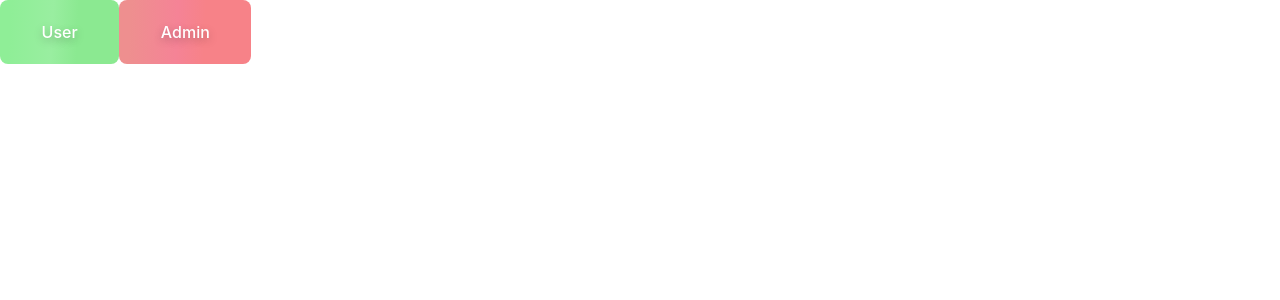
Repository: User826/Recipe
Page: / (app in recipe_project/)
The author's editor kept a copy of each file at every save. The page is drawn from the files as they stood at one save, then again after a run of saves.
The browser window is 1280 px wide. The pictures show the whole page.
The project was rebuilt for these pictures with package versions that can differ from the ones it lists, and the page was loaded fresh each time. The framework's server and built-in components were replaced by stand-ins that run in the browser. Also part of the build but not shown: recipe_project/next.config.js, recipe_project/pages/users.module.css, recipe_project/components/users.js, recipe_project/pages/index.module.css, recipe_project/components/popup.js.

Above is the page before, as saved 2023-06-01 05:27:22.

### recipe_project/pages/index.js
import { useState } from "react";
import {UserButton, AdminButton} from "../components/websitebuttons"
import Post from "../components/users"
import styles from '../pages/index.module.css'
import {PopupTrigger,Backdrop, Popup} from "../components/popup";


export default function Useradmin() {
    const [isLoggedIn, setIsLoggedIn] = useState("");
    const [showPopup, setShowPopup] = useState(false);

    function handleLoginClick() {
        //this.setState({isLoggedIn: true});
        setIsLoggedIn("user")
      };

    function handleLogoutClick() {
        //this.setState({isLoggedIn: false});
        setIsLoggedIn("admin")
      }
    const handleParentClick = () => {
      setShowPopup(false);
    };


    const isLoggedInVariable = isLoggedIn;
    let button;

    // if (isLoggedInVariable) {
    //     button = <LogoutButton onClick={handleLogoutClick} />;
    // } else {
    //     button = <LoginButton onClick={handleLoginClick} />;
    // }

    console.log(isLoggedInVariable)

    if (isLoggedInVariable == ""){
        return <div>
        {/* <Post></Post> */}
        <UserButton onClick ={handleLoginClick} />
        <AdminButton onClick = {handleLogoutClick}/>

    </div>
    }
    else if (isLoggedInVariable == "user"){
        return <div onClick = {handleParentClick}>
                    <p>You are a user!</p>
                    <p>Or are you an admin? <AdminButton onClick = {handleLogoutClick}> </AdminButton></p>
                    <Post name="Username"></Post>
                    <PopupTrigger></PopupTrigger>
                </div>

                // <UserButton onClick = {handleLoginCLick}> </UserButton>

    }
    else if (isLoggedInVariable == "admin"){
        return  <div>
                    <p>You are an admin!</p>
                    <p>Or are you a user? <UserButton onClick = {handleLoginClick}> </UserButton></p>
                    <Post name="Admin Username"></Post>
                </div>

    }

    // return <div>
    //     {/* <Post></Post> */}
    //     <UserButton onClick ={handleLoginClick}/>
    //     <AdminButton onClick = {handleLoginClick}/>

    // </div>
  }

### recipe_project/components/websitebuttons.js
import styles from "../pages/useradmin.module.css"

function UserButton(props) {
    return (
      <button className = {styles.user} onClick={props.onClick}>
        User
      </button>
    );
  }

  function AdminButton(props) {
    return (
      <button className = {styles.admin} onClick={props.onClick}>
        Admin
      </button>
    );
  }

  export {UserButton, AdminButton}

### recipe_project/pages/useradmin.module.css

/* CSS */
.user {
  background-image: linear-gradient(92.88deg, #8fee97 9.16%, #99eea0 43.89%, #8be991 64.72%);
  border-radius: 8px;
  border-style: none;
  box-sizing: border-box;
  color: #FFFFFF;
  cursor: pointer;
  flex-shrink: 0;
  font-family: "Inter UI","SF Pro Display",-apple-system,BlinkMacSystemFont,"Segoe UI",Roboto,Oxygen,Ubuntu,Cantarell,"Open Sans","Helvetica Neue",sans-serif;
  font-size: 16px;
  font-weight: 500;
  height: 4rem;
  padding: 0 1.6rem;
  text-align: center;
  text-shadow: rgba(0, 0, 0, 0.25) 0 3px 8px;
  transition: all .5s;
  user-select: none;
  -webkit-user-select: none;
  touch-action: manipulation;
}

.user:hover {
  box-shadow: rgba(86, 163, 118, 0.5) 0 1px 30px;
  transition-duration: .1s;
}

@media (min-width: 768px) {
  .user {
    padding: 0 2.6rem;
  }
}

.admin {
  background-image: linear-gradient(92.88deg, #ee8f8f 9.16%, #f58396 43.89%, #f78288 64.72%);
  border-radius: 8px;
  border-style: none;
  box-sizing: border-box;
  color: #FFFFFF;
  cursor: pointer;
  flex-shrink: 0;
  font-family: "Inter UI","SF Pro Display",-apple-system,BlinkMacSystemFont,"Segoe UI",Roboto,Oxygen,Ubuntu,Cantarell,"Open Sans","Helvetica Neue",sans-serif;
  font-size: 16px;
  font-weight: 500;
  height: 4rem;
  padding: 0 1.6rem;
  text-align: center;
  text-shadow: rgba(0, 0, 0, 0.25) 0 3px 8px;
  transition: all .5s;
  user-select: none;
  -webkit-user-select: none;
  touch-action: manipulation;
}

.admin:hover {
  box-shadow: rgba(235, 122, 122, 0.5) 0 1px 30px;
  transition-duration: .1s;
}

@media (min-width: 768px) {
  .admin {
    padding: 0 2.6rem;
  }
}

Loaded but not shown: recipe_project/pages/_app.js (common file); recipe_project/styles/globals.css (common file)

After the next 2 saves:
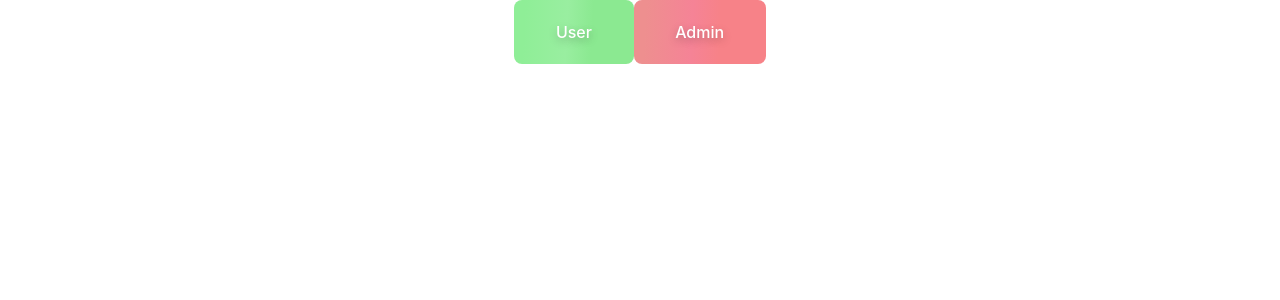
The 2 saves are shown as one change because 1 did not build or start.
The last was saved 7 min 36 s later.
--- a/recipe_project/pages/index.js
+++ b/recipe_project/pages/index.js
@@ -35,7 +35,7 @@ export default function Useradmin() {
     console.log(isLoggedInVariable)
 
     if (isLoggedInVariable == ""){
-        return <div>
+        return <div style={{ display: 'flex', justifyContent: 'center', alignItems: 'center' }}>
         {/* <Post></Post> */}
         <UserButton onClick ={handleLoginClick} />
         <AdminButton onClick = {handleLogoutClick}/>
